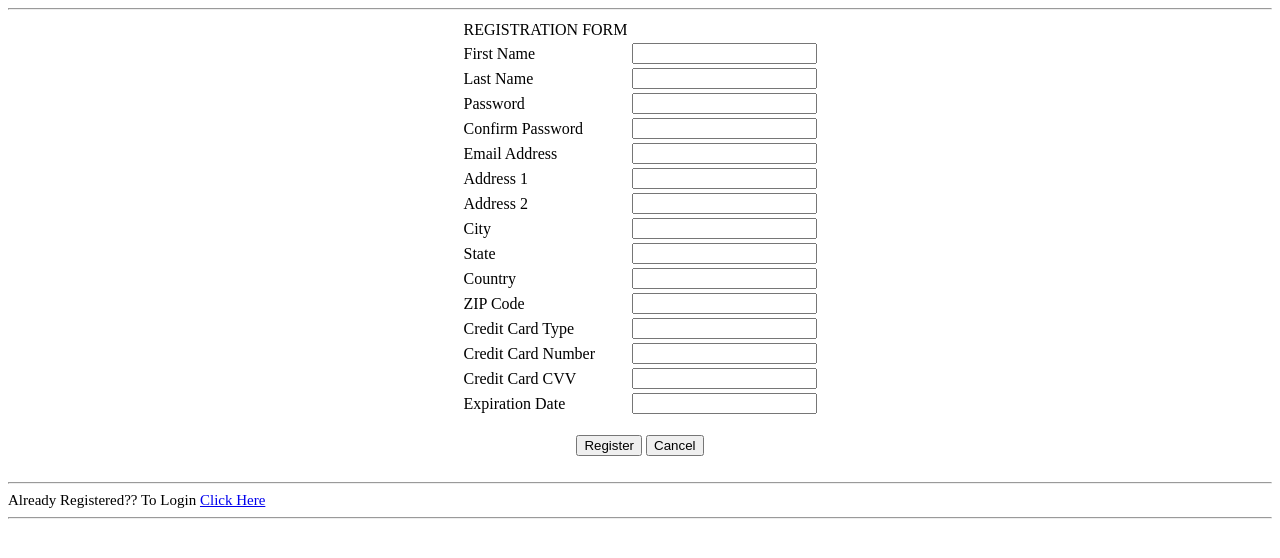
Repository: BDClaudiu/PokeGame
Page: http://localhost/MyProject/RegistrationPage.jsp
An editor plug-in stored every save of this project. The page is shown before and after the next save, followed by the edit.
The browser window is 1280 px wide. The pictures show the whole page.
The page is served by Tomcat 9. Other server files are loaded and not shown.

Above is the page before, as saved 2018-09-29 21:55:47.

### MyProject/WebContent/RegistrationPage.jsp
<%@ page language="java" contentType="text/html; charset=ISO-8859-1"
    pageEncoding="ISO-8859-1"%>
<!DOCTYPE html PUBLIC "-//W3C//DTD HTML 4.01 Transitional//EN" "http://www.w3.org/TR/html4/loose.dtd">
<html>
<head>
<meta http-equiv="Content-Type" content="text/html; charset=ISO-8859-1">
<title>Insert title here</title>

<style>
</style>

</head>

<body>

   <hr />
    <!-- Registration Form -->
   <form action="Controller" method="get">
 <center>
    <table>

   <tr><td>REGISTRATION FORM</td></tr>
			<tr>
				<td>First Name</td> <td><input type="text" name="firstname" required/></td>
			</tr>
		    <tr>
		    	<td>Last Name</td>  <td><input type="text" name="lastname" required/></td>
		    </tr>
			<tr>
				<td>Password</td> <td><input type="password" name="password" required/></td>
			</tr>
			<tr>
				<td>Confirm Password</td> <td><input type="password" name="password2" required/></td>
			</tr>
            <tr>
            	<td>Email Address</td>	<td><input type="text" name="email" required/></td>
            </tr>
            <tr>
            	<td>Address 1 </td>	<td><input type="text" name="address" required/></td>
            </tr>
            <tr>
            	<td>Address 2 </td>	<td><input type="text" name="address2" /></td>
            </tr>
			<tr>
				<td>City</td>	<td><input type="text" name="city" required/></td>
			</tr>
			<tr>
				<td>State </td>	<td><input type="text" name="state" required/></td>
			</tr>
			<tr>
				<td>Country</td>	<td><input type="text" name="country" required/></td>
			</tr>
			<tr>
				<td>ZIP Code</td>	<td><input required type="text" name="zip" /></td>
			</tr>
			<tr>
				<td>Credit Card Type</td>	<td><input type="text" name="credit_card_type" required/></td>
			</tr>
			<tr>
				<td>Credit Card Number</td>	<td><input type="text" name="credit_card_number" required/></td>
			</tr>
			<tr>
				<td>Credit Card CVV</td>	<td><input type="text" name="credit_card_cvv" required/></td>
			</tr>
			<tr>
				<td>Expiration Date</td><td><input type="text" name="credit_card_expiry" required/></td>
			</tr>


     </table>	<br />
     <!-- Submit and registration btns that will be redirected to the controller -->
     <input type="submit" value="Register" name="regbtn" />
     <input type="button" value="Cancel" onclick="location.href='mainHtml.jsp'"/>
    </center>
   </form>
            <br/>
            <hr/>
           <div style="font-size:15px; ">Already Registered??  To Login <a href="loginHtml.jsp" style="font-color:white">Click Here</a></div>
            <hr/>

</body>
</html>

After the next save:
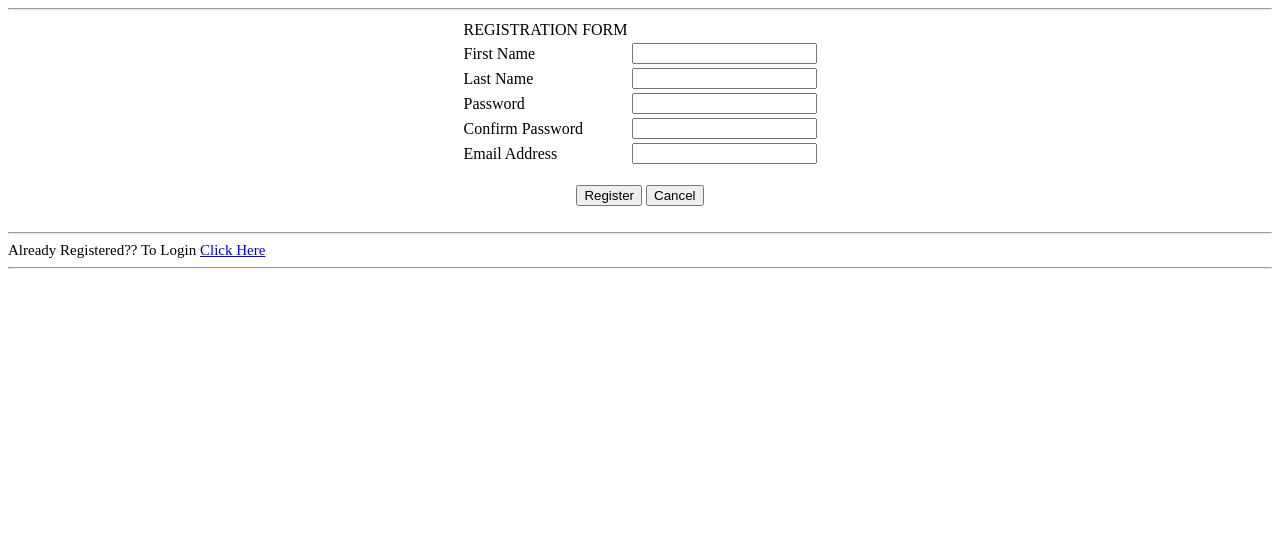
Saved 113 s later.
--- a/MyProject/WebContent/RegistrationPage.jsp
+++ b/MyProject/WebContent/RegistrationPage.jsp
@@ -35,36 +35,6 @@
             <tr>
             	<td>Email Address</td>	<td><input type="text" name="email" required/></td>
             </tr>
-            <tr>
-            	<td>Address 1 </td>	<td><input type="text" name="address" required/></td>
-            </tr>
-            <tr>
-            	<td>Address 2 </td>	<td><input type="text" name="address2" /></td>
-            </tr>
-			<tr>
-				<td>City</td>	<td><input type="text" name="city" required/></td>
-			</tr>
-			<tr>
-				<td>State </td>	<td><input type="text" name="state" required/></td>
-			</tr>
-			<tr>
-				<td>Country</td>	<td><input type="text" name="country" required/></td>
-			</tr>
-			<tr>
-				<td>ZIP Code</td>	<td><input required type="text" name="zip" /></td>
-			</tr>
-			<tr>
-				<td>Credit Card Type</td>	<td><input type="text" name="credit_card_type" required/></td>
-			</tr>
-			<tr>
-				<td>Credit Card Number</td>	<td><input type="text" name="credit_card_number" required/></td>
-			</tr>
-			<tr>
-				<td>Credit Card CVV</td>	<td><input type="text" name="credit_card_cvv" required/></td>
-			</tr>
-			<tr>
-				<td>Expiration Date</td><td><input type="text" name="credit_card_expiry" required/></td>
-			</tr>
 
 
      </table>	<br />
